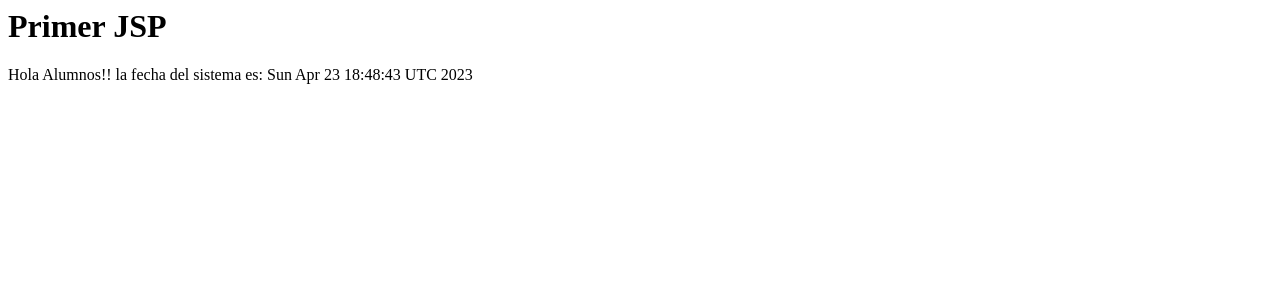
Repository: FernandoJFernandez/Curso-java-2022
Page: http://localhost/Primeros_pasos_JSP/saludo.jsp
These files come from the project's save history. The page is drawn as it stood at one moment and after the next save; the edit follows.
The browser window is 1280 px wide. The pictures show the whole page.
The page is served by Tomcat 9. Other server files are loaded and not shown.

Above is the page before, as saved 2023-04-24 07:24:45.

### Primeros_pasos_JSP/src/main/webapp/saludo.jsp
<html>
<head>
	<title>Primer JSP</title>
</head>
<body>
	<h1>Primer JSP</h1>
	<p>Hola Alumnos!! la fecha del sistema es: <%= new java.util.Date() %></p>
</body>
</html>

After the next save:
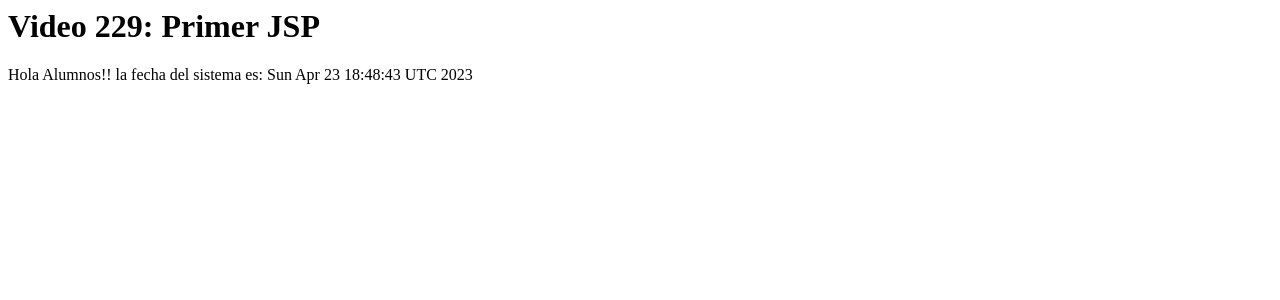
Saved 19 s later.
--- a/Primeros_pasos_JSP/src/main/webapp/saludo.jsp
+++ b/Primeros_pasos_JSP/src/main/webapp/saludo.jsp
@@ -3,7 +3,7 @@
 	<title>Primer JSP</title>
 </head>
 <body>
-	<h1>Primer JSP</h1>
+	<h1>Video 229: Primer JSP</h1>
 	<p>Hola Alumnos!! la fecha del sistema es: <%= new java.util.Date() %></p>
 </body>
 </html>
